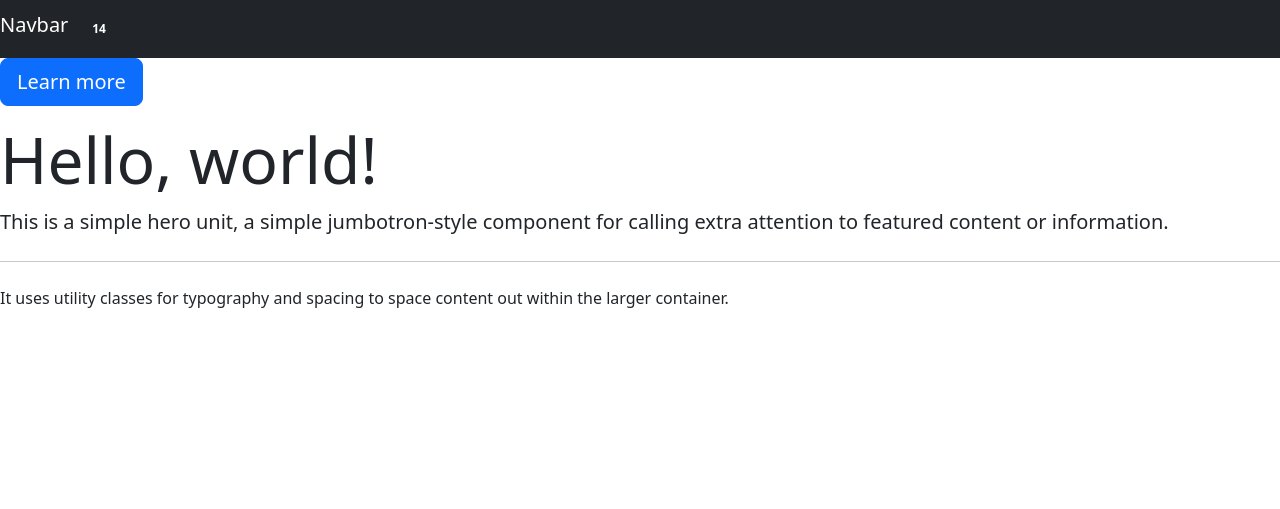
Repository: hasmelash/gitskill
Page: /
The author's editor kept a copy of each file at every save. The page is drawn from the files as they stood at one save, then again after a run of saves.
The browser window is 1280 px wide. The pictures show the whole page.
The project was rebuilt for these pictures with package versions that can differ from the ones it lists, and the page was loaded fresh each time. Also part of the build but not shown: src/App.css.

Above is the page before, as saved 2019-08-29 23:14:18.

After the next 3 saves:
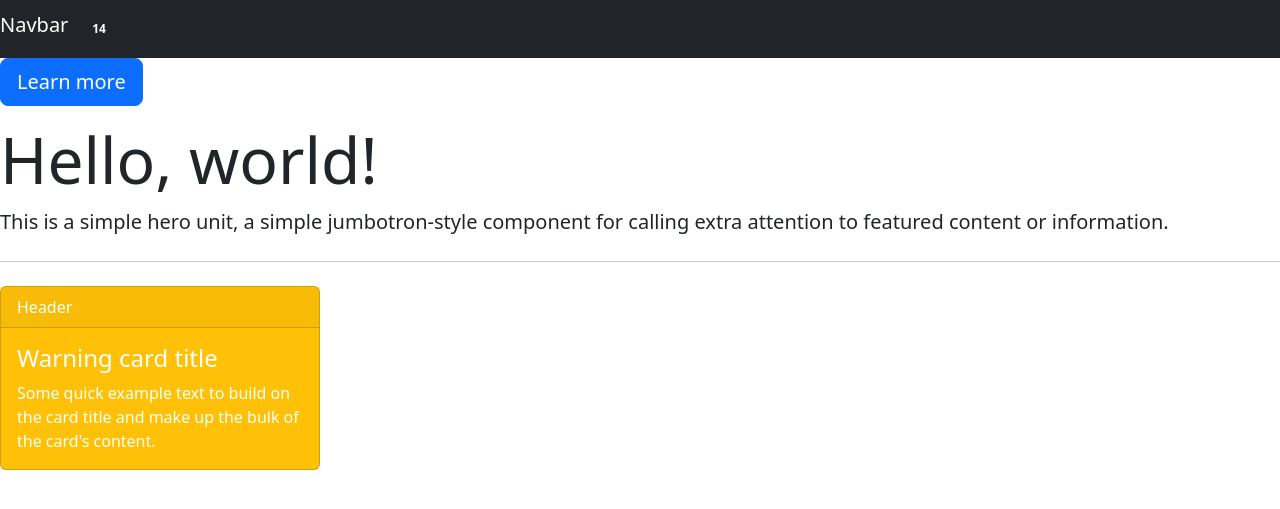
The 3 saves are shown as one change because 2 did not build or start.
The last was saved 5 min 55 s later.
--- a/src/NotesComponent/NotesComponent.js
+++ b/src/NotesComponent/NotesComponent.js
@@ -2,7 +2,7 @@
 import React from 'react';
 import 'bootstrap/dist/css/bootstrap.min.css';
 import 'bootstrap/dist/js/bootstrap.bundle.min';
-
+import Note from '../NoteComponent/NoteComponent';
 class Notes extends React.Component{
     render(){
         return (
@@ -14,7 +14,7 @@ class Notes extends React.Component{
                 <h1 class="display-3">Hello, world!</h1>
                 <p class="lead">This is a simple hero unit, a simple jumbotron-style component for calling extra attention to featured content or information.</p>
                 <hr class="my-4"/>
-                <p>It uses utility classes for typography and spacing to space content out within the larger container.</p>
+                <Note />
             </div>
         );
     }
--- a/src/NoteComponent/NoteComponent.js
+++ b/src/NoteComponent/NoteComponent.js
@@ -5,7 +5,7 @@ import 'bootstrap/dist/js/bootstrap.bundle.min';
 class Note extends React.Component{
     render(){
         return (
-            <div class="card text-white bg-warning mb-3" style="max-width: 20rem;">
+            <div class="card text-white bg-warning mb-3" style={{maxWidth: '20rem'}}>
             <div class="card-header">Header</div>
             <div class="card-body">
                 <h4 class="card-title">Warning card title</h4>
@@ -15,4 +15,4 @@ class Note extends React.Component{
         );
     }
 }
-export default Notes;
+export default Note;
